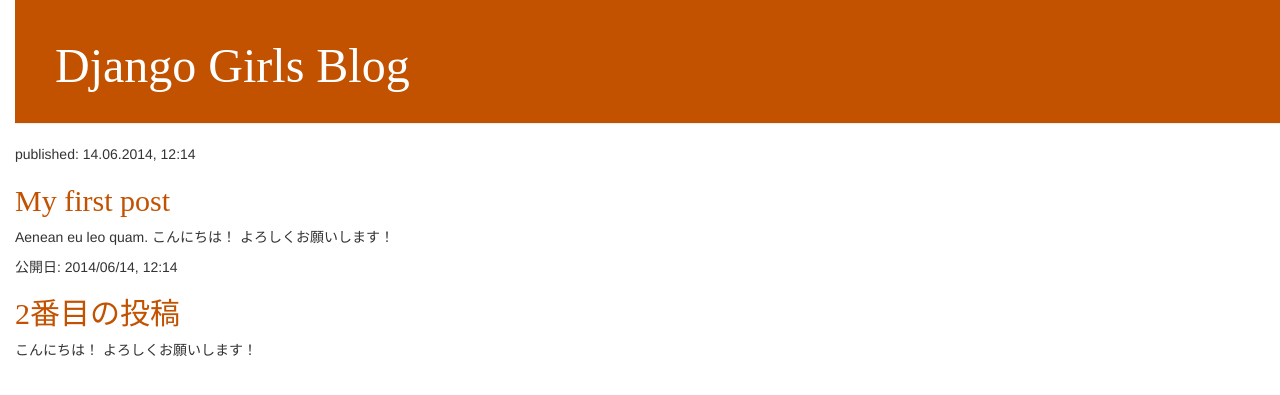
Repository: yoku-094/practice_python
Page: http://localhost/
These files come from the project's save history. The page is drawn as it stood at one moment and after the next save; the edit follows.
The browser window is 1280 px wide. The pictures show the whole page.
Some web libraries are served in a nearby version. The page is served by the project's application, run on Django 3.2 (manage.py). Other server files are loaded and not shown. Queries for data that is not in the repository find no rows.

Above is the page before, as saved 2022-08-30 12:41:13.

### blog/templatetags/markdown_filter.py
import markdown
from django import template
from django.utils.safestring import mark_safe

register = template.Library()

@register.filter
def markdown_to_html(text):
    return mark_safe(markdown.markdown(text))

### blog/templates/blog/post_list.html
{% load static %}
<html>
  <head>
    <title>Django Girls blog</title>
    <link
      rel="stylesheet"
      href="//maxcdn.bootstrapcdn.com/bootstrap/3.2.0/css/bootstrap.min.css"
    />
    <link
      rel="stylesheet"
      href="//maxcdn.bootstrapcdn.com/bootstrap/3.2.0/css/bootstrap-theme.min.css"
    />
    <link rel="stylesheet" href="{% static 'css/blog.css' %}" />
  </head>
  <body>
    <div class="page-header">
      <h1><a href="/">Django Girls Blog</a></h1>
    </div>

    {% for post in posts %}
    <div class="post">
      <p>published: {{ post.published_date }}</p>
      <h2><a href="">{{ post.title }}</a></h2>
      <p>{{ post.text|linebreaksbr }}</p>
    </div>
    {% endfor %}

    <div>
      <p>published: 14.06.2014, 12:14</p>
      <h2><a href="">My first post</a></h2>
      <p>Aenean eu leo quam. こんにちは！ よろしくお願いします！</p>
    </div>

    <div>
      <p>公開日: 2014/06/14, 12:14</p>
      <h2><a href="">2番目の投稿</a></h2>
      <p>こんにちは！ よろしくお願いします！</p>
    </div>
  </body>
</html>

### blog/views.py
from django.shortcuts import render
from django.utils import timezone
from .models import Post

# ポストの一覧を表示（モデルに情報を要求し、テンプレートに渡す）
def post_list(request):
    # request：インターネットを介してユーザから受け取った全ての情報が詰まったもの

    # Postモデルからブログの記事を取り出して並べ替える
    posts = Post.objects.filter(published_date__lte=timezone.now()).order_by('published_date')

    # {}の中に指定した情報をテンプレートで表示（{'名前': 値（クエリセット）}）
    return render(request, 'blog/post_list.html', {'posts': posts})

### mysite/urls.py
"""mysite URL Configuration

The `urlpatterns` list routes URLs to views. For more information please see:
    https://docs.djangoproject.com/en/3.2/topics/http/urls/
Examples:
Function views
    1. Add an import:  from my_app import views
    2. Add a URL to urlpatterns:  path('', views.home, name='home')
Class-based views
    1. Add an import:  from other_app.views import Home
    2. Add a URL to urlpatterns:  path('', Home.as_view(), name='home')
Including another URLconf
    1. Import the include() function: from django.urls import include, path
    2. Add a URL to urlpatterns:  path('blog/', include('blog.urls'))
"""
from django.contrib import admin
from django.urls import path, include

urlpatterns = [
    path('admin/', admin.site.urls),

    # リダイレクト
    path('', include('blog.urls')),
]

### blog/static/css/blog.css
h1 a,
h2 a {
  color: #c25100;
}

body {
  padding-left: 15px;
}

.page-header {
  background-color: #c25100;
  margin-top: 0;
  padding: 20px 20px 20px 40px;
}

.page-header h1,
.page-header h1 a,
.page-header h1 a:visited,
.page-header h1 a:active {
  color: #ffffff;
  font-size: 36pt;
  text-decoration: none;
}

.content {
  margin-left: 40px;
}

h1,
h2,
h3,
h4 {
  font-family: "Lobster", cursive;
}

.date {
  color: #828282;
}

.save {
  float: right;
}

.post-form textarea,
.post-form input {
  width: 100%;
}

.top-menu,
.top-menu:hover,
.top-menu:visited {
  color: #ffffff;
  float: right;
  font-size: 26pt;
  margin-right: 20px;
}

.post {
  margin-bottom: 70px;
}

.post h2 a,
.post h2 a:visited {
  color: #000000;
}

Loaded but not shown: blog/urls.py (common file)

After the next save:
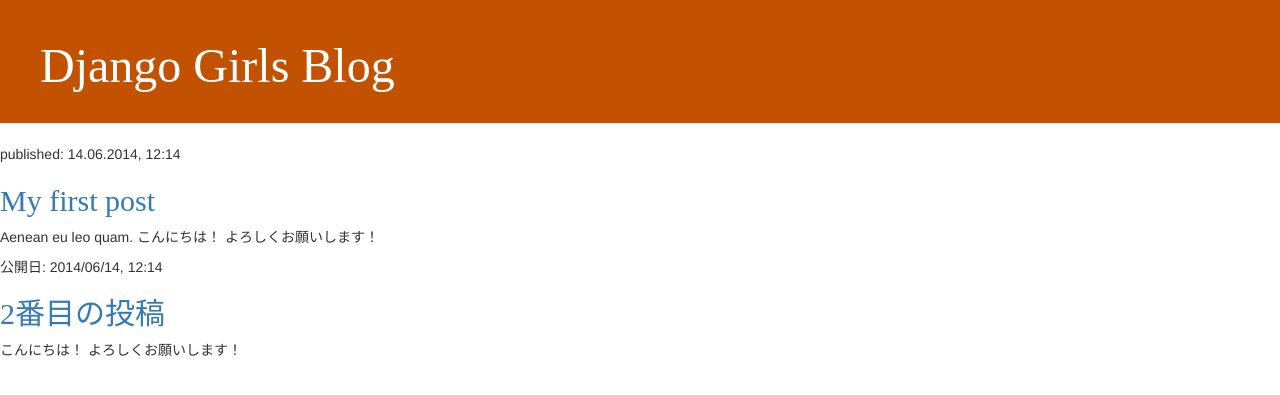
Saved 14 s later.
--- a/blog/static/css/blog.css
+++ b/blog/static/css/blog.css
@@ -1,11 +1,11 @@
-h1 a,
+/* h1 a,
 h2 a {
   color: #c25100;
 }
 
 body {
   padding-left: 15px;
-}
+} */
 
 .page-header {
   background-color: #c25100;

After the save that followed:
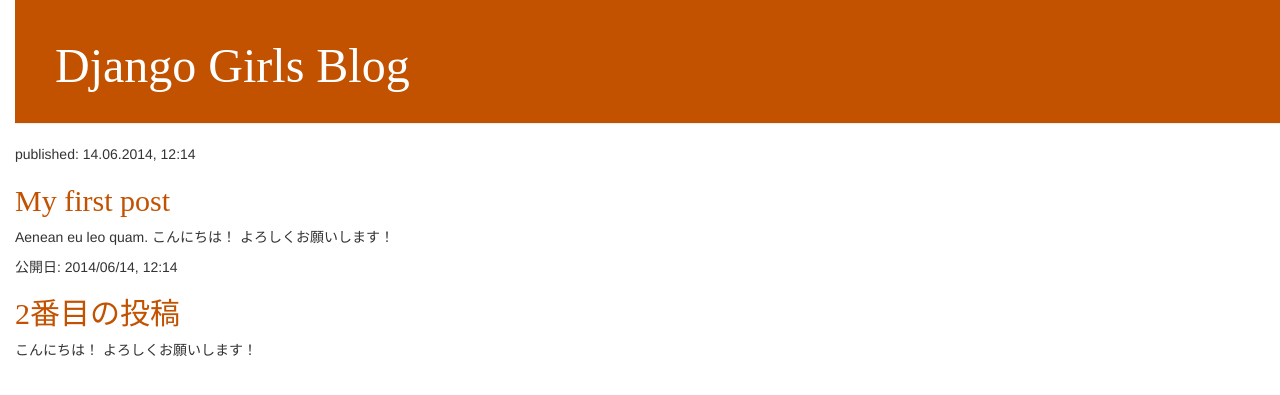
Saved 9 s later.
--- a/blog/static/css/blog.css
+++ b/blog/static/css/blog.css
@@ -1,11 +1,11 @@
-/* h1 a,
+h1 a,
 h2 a {
   color: #c25100;
 }
 
 body {
   padding-left: 15px;
-} */
+}
 
 .page-header {
   background-color: #c25100;
